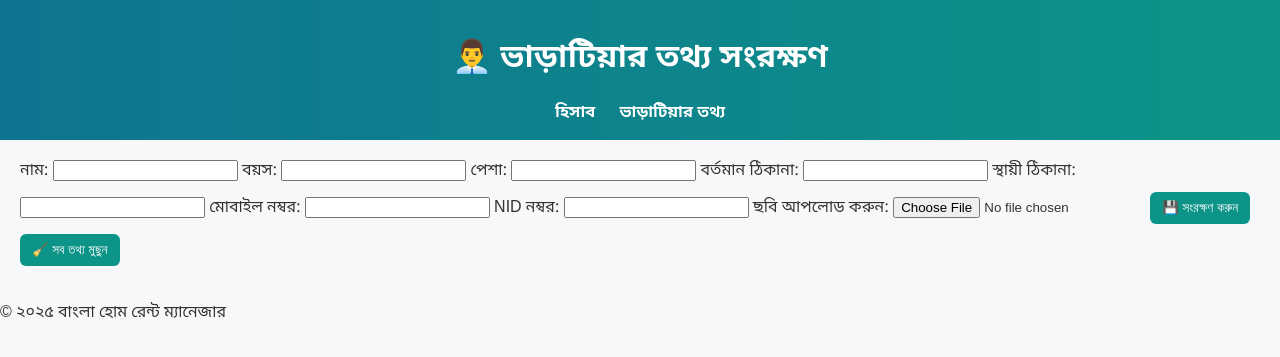
Repository: naimuddin1190/HomeRent-Management-System
Page: tenant.html
These files come from the project's save history. The page is drawn as it stood at one moment and after a run of saves; the edit follows.
The browser window is 1280 px wide. The pictures show the whole page.

Above is the page before, as saved 2025-11-04 20:56:32.

### tenant.html
<!DOCTYPE html>
<html lang="bn">
<head>
  <meta charset="UTF-8">
  <meta name="viewport" content="width=device-width, initial-scale=1.0">
  <title>ভাড়াটিয়ার তথ্য</title>
  <link rel="stylesheet" href="style.css">
</head>
<body>
  <header>
    <h1>👨‍💼 ভাড়াটিয়ার তথ্য সংরক্ষণ</h1>
    <nav>
      <a href="index.html">হিসাব</a>
      <a href="tenant.html">ভাড়াটিয়ার তথ্য</a>
    </nav>
  </header>

  <main>
    <form id="tenantForm">
      <label>নাম: <input type="text" id="name" required></label>
      <label>বয়স: <input type="number" id="age" required></label>
      <label>পেশা: <input type="text" id="profession" required></label>
      <label>বর্তমান ঠিকানা: <input type="text" id="present" required></label>
      <label>স্থায়ী ঠিকানা: <input type="text" id="permanent" required></label>
      <label>মোবাইল নম্বর: <input type="text" id="mobile" required></label>
      <label>NID নম্বর: <input type="text" id="nid" required></label>
      <label>ছবি আপলোড করুন: <input type="file" id="photo" accept="image/*"></label>
      <button type="submit">💾 সংরক্ষণ করুন</button>
      <button type="button" id="clearTenant">🧹 সব তথ্য মুছুন</button>
    </form>

    <div id="tenantList"></div>
  </main>

  <footer>
    <p>© ২০২৫ বাংলা হোম রেন্ট ম্যানেজার</p>
  </footer>

  <script src="tenant.js"></script>
</body>
</html>

### style.css
body {
  font-family: "Noto Sans Bengali", sans-serif;
  background: #f6f8fa;
  margin: 0;
  padding: 0;
  color: #333;
}

header {
  background: linear-gradient(90deg, #0e7490, #0d9488);
  color: white;
  text-align: center;
  padding: 1rem 0;
}

nav a {
  color: white;
  text-decoration: none;
  margin: 0 10px;
  font-weight: bold;
}

main {
  display: flex;
  justify-content: space-between;
  padding: 20px;
}

#room-section {
  width: 65%;
  background: white;
  padding: 20px;
  border-radius: 10px;
  box-shadow: 0 0 10px rgba(0,0,0,0.1);
}

aside {
  width: 30%;
  background: white;
  padding: 20px;
  border-radius: 10px;
  text-align: center;
  box-shadow: 0 0 10px rgba(0,0,0,0.1);
}

#progressBarContainer {
  width: 100%;
  height: 20px;
  background: #e5e7eb;
  border-radius: 10px;
  overflow: hidden;
}

#progressBar {
  height: 20px;
  width: 0%;
  background: linear-gradient(90deg, #22c55e, #16a34a);
}

button {
  background: #0d9488;
  color: white;
  border: none;
  padding: 8px 12px;
  margin-top: 10px;
  border-radius: 6px;
  cursor: pointer;
}

button:hover {
  background: #115e59;
}

### tenant.js
document.addEventListener("DOMContentLoaded", () => {
  const form = document.getElementById("tenantForm");
  const list = document.getElementById("tenantList");
  const clearBtn = document.getElementById("clearTenant");

  let tenants = JSON.parse(localStorage.getItem("tenants")) || [];

  const renderTenants = () => {
    list.innerHTML = tenants.map(t => `
      <div class="tenant">
        <img src="${t.photo}" width="100">
        <p><strong>${t.name}</strong> (${t.age} বছর)</p>
        <p>পেশা: ${t.profession}</p>
        <p>মোবাইল: ${t.mobile}</p>
        <p>ঠিকানা: ${t.present}</p>
        <p>NID: ${t.nid}</p>
      </div>
    `).join("");
  };

  form.addEventListener("submit", e => {
    e.preventDefault();
    const reader = new FileReader();
    const file = document.getElementById("photo").files[0];
    reader.onload = () => {
      const tenant = {
        name: form.name.value,
        age: form.age.value,
        profession: form.profession.value,
        present: form.present.value,
        permanent: form.permanent.value,
        mobile: form.mobile.value,
        nid: form.nid.value,
        photo: reader.result
      };
      tenants.push(tenant);
      localStorage.setItem("tenants", JSON.stringify(tenants));
      renderTenants();
      form.reset();
    };
    if (file) reader.readAsDataURL(file);
  });

  clearBtn.addEventListener("click", () => {
    if (confirm("সব তথ্য মুছে ফেলতে চান?")) {
      localStorage.removeItem("tenants");
      tenants = [];
      renderTenants();
    }
  });

  renderTenants();
});

After the next 2 saves:
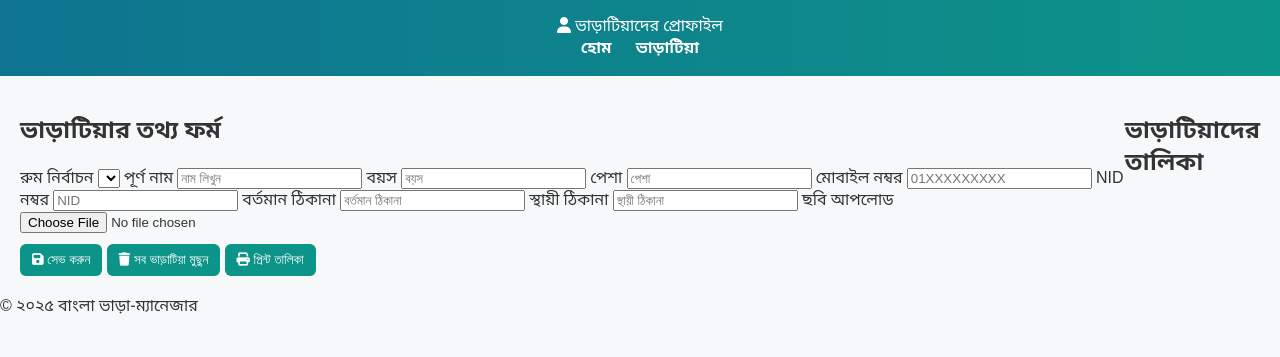
Console error: TypeError: Cannot read properties of null (reading 'addEventListener')
The 2 saves are shown as one change because they came seconds apart.
The last was saved 15 s later.
--- a/tenant.html
+++ b/tenant.html
@@ -1,39 +1,84 @@
-<!DOCTYPE html>
+<!doctype html>
 <html lang="bn">
 <head>
-  <meta charset="UTF-8">
-  <meta name="viewport" content="width=device-width, initial-scale=1.0">
-  <title>ভাড়াটিয়ার তথ্য</title>
-  <link rel="stylesheet" href="style.css">
+  <meta charset="utf-8" />
+  <meta name="viewport" content="width=device-width, initial-scale=1" />
+  <title>ভাড়াটিয়ার তথ্য — বাংলা ভাড়া-ম্যানেজার</title>
+
+  <link rel="stylesheet" href="css/style.css">
+  <link rel="stylesheet" href="https://cdnjs.cloudflare.com/ajax/libs/font-awesome/6.5.0/css/all.min.css">
 </head>
 <body>
-  <header>
-    <h1>👨‍💼 ভাড়াটিয়ার তথ্য সংরক্ষণ</h1>
-    <nav>
-      <a href="index.html">হিসাব</a>
-      <a href="tenant.html">ভাড়াটিয়ার তথ্য</a>
+  <header class="navbar">
+    <div class="brand"><i class="fa-solid fa-user"></i> ভাড়াটিয়াদের প্রোফাইল</div>
+    <nav class="navlinks">
+      <a href="index.html">হোম</a>
+      <a href="tenant.html">ভাড়াটিয়া</a>
     </nav>
   </header>
 
-  <main>
-    <form id="tenantForm">
-      <label>নাম: <input type="text" id="name" required></label>
-      <label>বয়স: <input type="number" id="age" required></label>
-      <label>পেশা: <input type="text" id="profession" required></label>
-      <label>বর্তমান ঠিকানা: <input type="text" id="present" required></label>
-      <label>স্থায়ী ঠিকানা: <input type="text" id="permanent" required></label>
-      <label>মোবাইল নম্বর: <input type="text" id="mobile" required></label>
-      <label>NID নম্বর: <input type="text" id="nid" required></label>
-      <label>ছবি আপলোড করুন: <input type="file" id="photo" accept="image/*"></label>
-      <button type="submit">💾 সংরক্ষণ করুন</button>
-      <button type="button" id="clearTenant">🧹 সব তথ্য মুছুন</button>
-    </form>
+  <main class="tenant-main">
+    <section class="panel form-panel">
+      <h2>ভাড়াটিয়ার তথ্য ফর্ম</h2>
+      <form id="tenantForm">
+        <div class="form-grid">
+          <label>রুম নির্বাচন
+            <select id="tenantRoom" required>
+              <!-- রুম অপশনগুলো এখানে লোড হবে -->
+            </select>
+          </label>
 
-    <div id="tenantList"></div>
+          <label>পূর্ণ নাম
+            <input type="text" id="t_name" placeholder="নাম লিখুন" required>
+          </label>
+
+          <label>বয়স
+            <input type="number" id="t_age" placeholder="বয়স" required>
+          </label>
+
+          <label>পেশা
+            <input type="text" id="t_profession" placeholder="পেশা">
+          </label>
+
+          <label>মোবাইল নম্বর
+            <input type="text" id="t_mobile" placeholder="01XXXXXXXXX" required>
+          </label>
+
+          <label>NID নম্বর
+            <input type="text" id="t_nid" placeholder="NID">
+          </label>
+
+          <label>বর্তমান ঠিকানা
+            <input type="text" id="t_present" placeholder="বর্তমান ঠিকানা">
+          </label>
+
+          <label>স্থায়ী ঠিকানা
+            <input type="text" id="t_permanent" placeholder="স্থায়ী ঠিকানা">
+          </label>
+
+          <label>ছবি আপলোড
+            <input type="file" id="t_photo" accept="image/*">
+          </label>
+
+          <div class="photo-preview" id="photoPreview"></div>
+        </div>
+
+        <div class="form-actions">
+          <button type="submit" class="btn primary"><i class="fa-solid fa-save"></i> সেভ করুন</button>
+          <button type="button" id="clearTenants" class="btn danger"><i class="fa-solid fa-trash"></i> সব ভাড়াটিয়া মুছুন</button>
+          <button type="button" id="printTenants" class="btn outline"><i class="fa-solid fa-print"></i> প্রিন্ট তালিকা</button>
+        </div>
+      </form>
+    </section>
+
+    <section class="panel list-panel">
+      <h2>ভাড়াটিয়াদের তালিকা</h2>
+      <div id="tenantList" class="tenant-list"></div>
+    </section>
   </main>
 
-  <footer>
-    <p>© ২০২৫ বাংলা হোম রেন্ট ম্যানেজার</p>
+  <footer class="site-footer">
+    <div>© ২০২৫ বাংলা ভাড়া-ম্যানেজার</div>
   </footer>
 
   <script src="tenant.js"></script>
